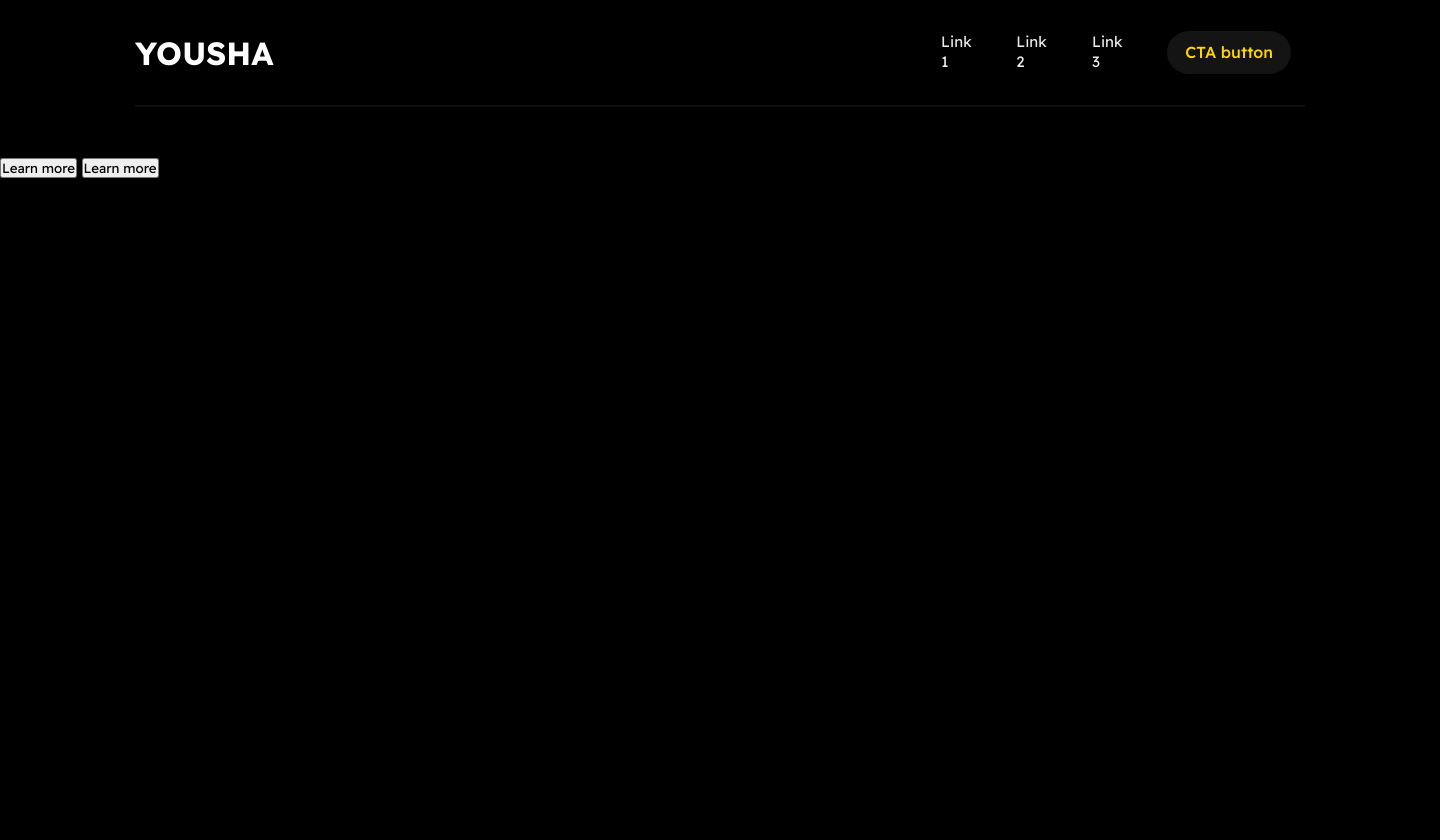
Repository: sSoRaK/web-cut-by-figma_train
Page: bai04/index.html
These files come from the project's save history. The page is drawn as it stood at one moment and after the next save; the edit follows.
The browser window is 1280 px wide. The page is 1440 px wide, so the pictures cover 1440 px, including what lies to the right of the window. The pictures show the whole page.

Above is the page before, as saved 2023-05-31 21:00:40.

After the next save:
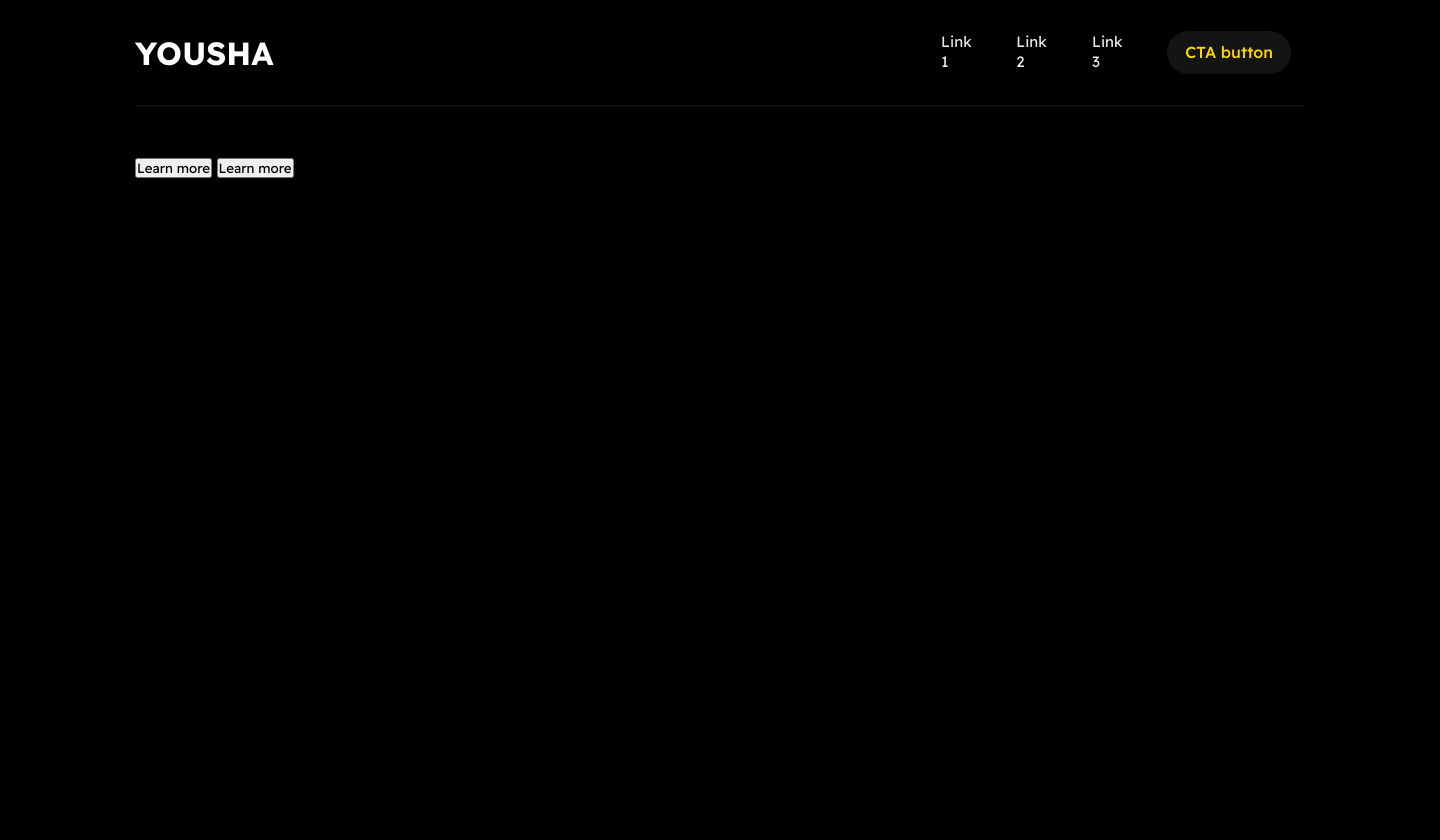
Saved 81 s later.
--- a/bai04/style.css
+++ b/bai04/style.css
@@ -60,3 +60,6 @@ ul li a {
 }
 /* xong header */
 /* main (section) */
+section {
+  margin: 0 135px;
+}
